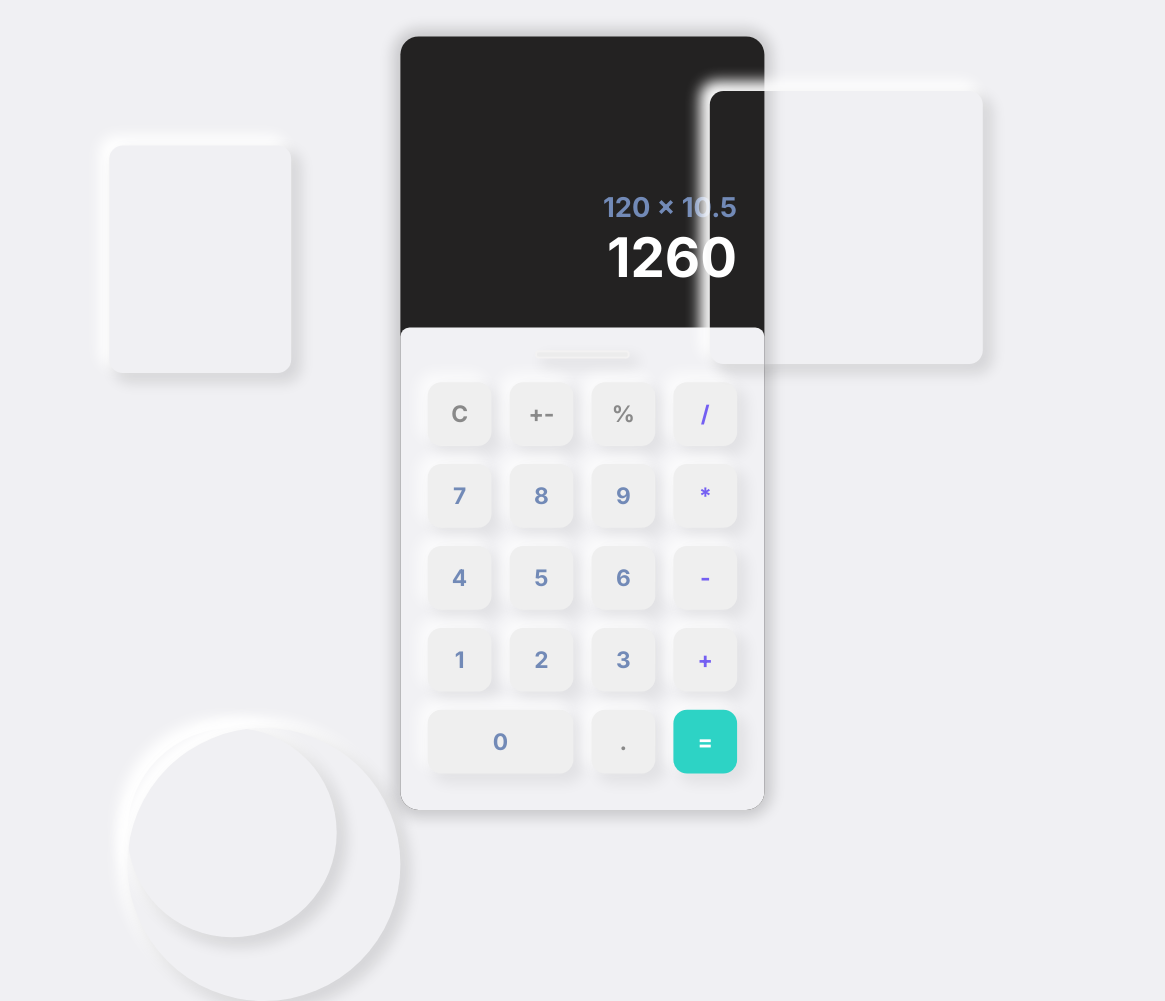
Repository: BrunoBross/calculator
Page: index.html
The author's editor kept a copy of each file at every save. The page is drawn from the files as they stood at one save, then again after the next save.
The browser window is 1280 px wide. The pictures show the whole page, at 91% of full size.

Above is the page before, as saved 2021-11-30 23:54:24.

After the next save:
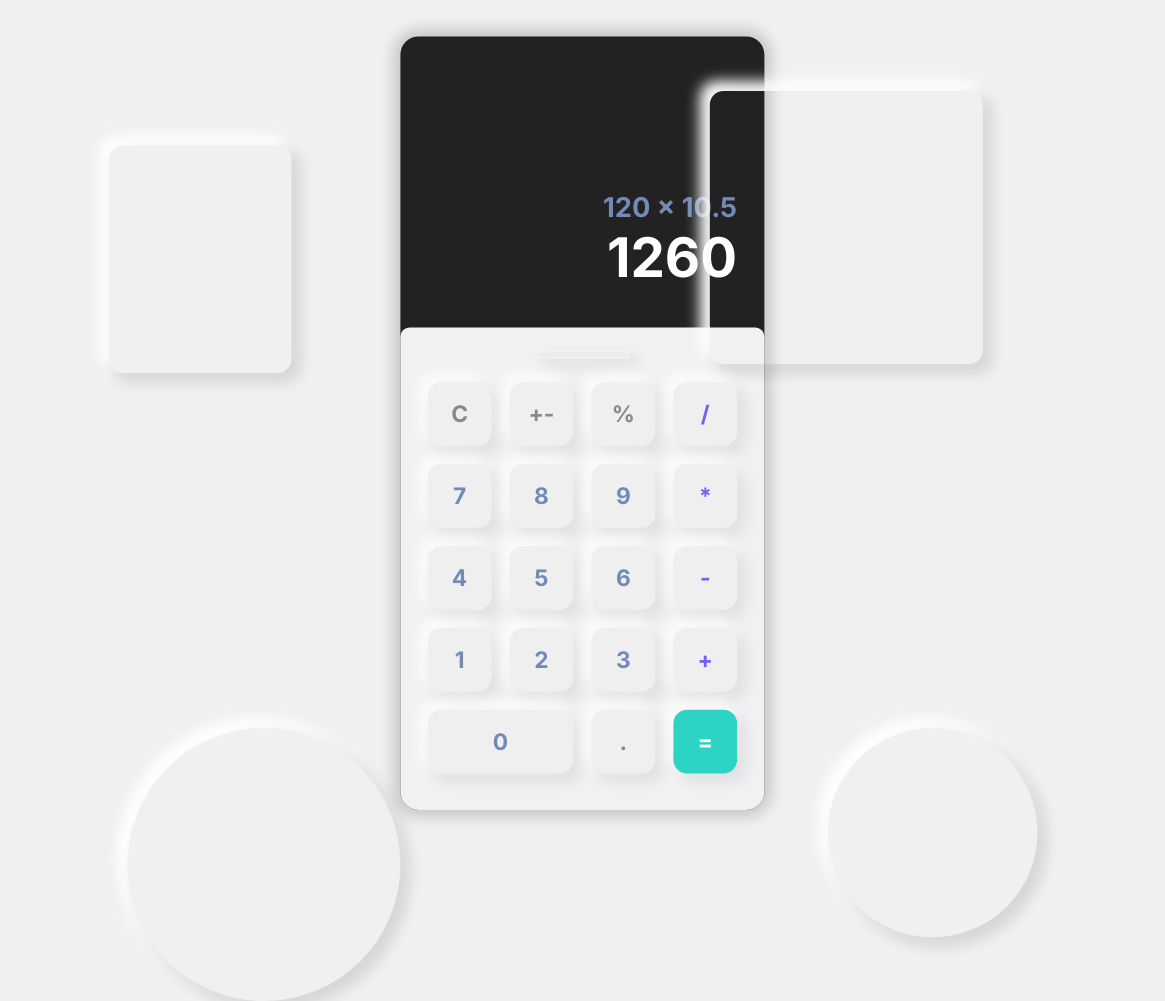
Saved 4 s later.
--- a/style.css
+++ b/style.css
@@ -130,7 +130,7 @@ button:hover{
   position: absolute;
   border-radius: 50%;
   top: 800px;
-  left: 140px;
+  right: 140px;
   box-shadow: 8px 8px 15px 3px #0000001c, -8px -8px 15px 3px #ffffff;
 }
 
